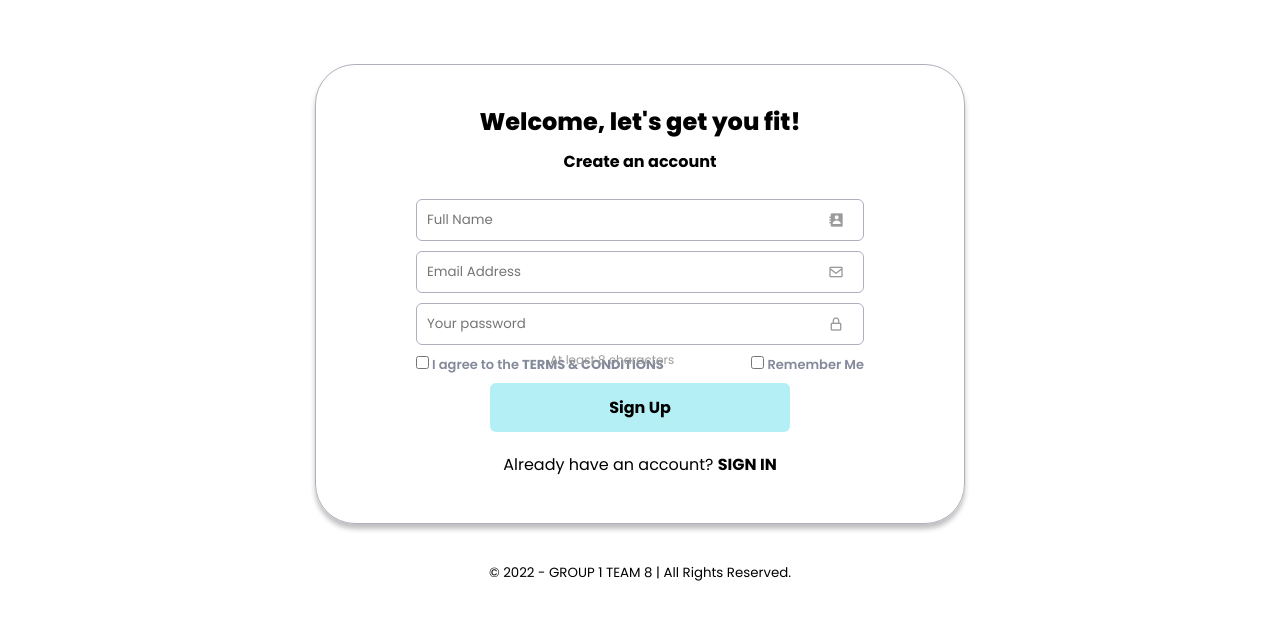
Repository: Rellzcodez/Group1-Team8
Page: pages/signup.html
These files come from the project's save history. The page is drawn as it stood at one moment and after the next save; the edit follows.
The browser window is 1280 px wide. The pictures show the whole page.

Above is the page before, as saved 2022-09-12 14:10:00.

### pages/signup.html
<!DOCTYPE html>
<html lang="en">
    <head>
        <meta charset="UTF-8">
        <meta http-equiv="X-UA-Compatible" content="IE=edge">
        <meta name="viewport" content="width=device-width, initial-scale=1.0">
        <link href='https://unpkg.com/boxicons@2.1.2/css/boxicons.min.css' rel='stylesheet'>
        <link rel="stylesheet" href="/css/signup.css">
        <link rel="preconnect" href="https://fonts.googleapis.com">
        <link rel="preconnect" href="https://fonts.gstatic.com" crossorigin>
        <link href="https://fonts.googleapis.com/css2?family=Poppins:wght@100&display=swap" rel="stylesheet">
        <link rel="shortcut icon" href="/images/favicon-32x32.png" type="image/x-icon">
        <title>SIGN UP</title>
    </head>
    <body>

        <div class="form-container">
            <div class="form-container-desc">
                <h1>Welcome, let's get you fit!</h1>
                <p><b>Create an account</b></p>
            </div>
            <form action="#" class="login active">
                <div class="input-group">
                    <input type="text" placeholder="Full Name" id="fullname" required>
                    <i class='bx bxs-contact'></i>
                </div>

                <div  class="input-group">
                    <input type="email" placeholder="Email Address" id="emailAddress" required>
                    <i class='bx bx-envelope'></i>
                </div>

                <div  class="input-group">
                    <input type="password" pattern=".{8,}" id="password" placeholder="Your password" required>
                    <i class='bx bx-lock-alt' ></i>
                </div>
                <span class="help-text">At least 8 characters</span>

                <div class="terms">
                    <label class="checkbox_label" for="terms">
                        <input type="checkbox" id="terms" name="terms">
                     I agree to the <b>TERMS & CONDITIONS</b>
                    </label>
                    <label class="checkbox_label" for="remember_me">
                        <input type="checkbox" id="remember_me" name="terms"> Remember Me</label>
                </div>

                <a href="#"><button type="submit" class="signup"><b>Sign Up</b></button></a>

            <p  class="cta">Already have an account? <a class="a" href="signin.html" onclick="switchForm('login', event)"><b>SIGN IN</b></a> </p>

            </form>
        </div>

        <footer>
            <small class="footer-small">&copy; 2022 - GROUP 1 TEAM 8 | All Rights Reserved.</small>
        </footer>
    </body>

</html>

### css/signup.css
@import url("https://fonts.googleapis.com/css2?family=Poppins:wght@400;600;700;800&display=swap");

*{
    padding: 0;
    margin: 0;
    box-sizing: border-box;
}

body{
    place-items: center;
    align-items: center;
    font-family: 'Poppins', sans-serif;
}
button, input, a{
    font-family: 'Poppins', sans-serif;
}
h1 {
    font-weight: 800;
    padding-top: 2%;
}

p {
    font-weight: 700;
    margin: 10px auto 20px;
}

.form-container{
    background: rgba(255, 255, 255, 0.82);
    border: 1px solid #AEB1BD;
    box-shadow: 0px 5px 5px rgba(0, 0, 0, 0.25);
    border-radius: 40px;
    margin: 5% auto;
    width: 650px;
    height: 460px;
    padding: 30px 100px;
}

.form-container .form-container-desc,
form{
    text-align: center;
}
.form-container-desc h1{
    font-size: 24px;
}
form div{
    padding: 5px 0;
}

form label{
    color: #fff;
    display: block;
    padding-bottom: 3px;
    color: #858A9B;

}

form input:not([type='checkbox']) {
    border: 1px solid #D9D9D9;
    outline: none;
    padding: 10px 10px;
    width: 100%;
    border-radius: 2px;
    color: #858A9B;
}

.input-group {
    width: 100%;
    position: relative;
}
.input-group input {
    padding: 12px 40px 12px 20px;
    outline: none;
    border-radius: 6px;
    border: 1px solid #B7B7B7;
    width: 100%;
    transition: all .3s ease;
}

/* Validation */
  .input-group input:focus,
.input-group input:not(:placeholder-shown) {
    border-color: #277FFE;
    background: #F4F2FF;
}
.input-group input:focus + i,
.input-group input:not(:placeholder-shown) + i {
    color: #277FFE;
}
.input-group input:focus:valid {
    box-shadow: 0 0 0 4px #AECFFF;
}

.input-group input:valid:not(:placeholder-shown) {
    border-color:#23AE00;
}
.input-group input:valid:not(:placeholder-shown) + i {
    color:#23AE00;
}
.input-group input:invalid:not(:placeholder-shown) {
    border-color:#FE2727;
}
.input-group input:invalid:not(:placeholder-shown) + i {
    color:#FE2727;
}
.input-group input:focus:invalid {
    box-shadow: 0 0 0 4px #FFD2D2;
}
.input-group input:focus,
.input-group input:focus:placeholder-shown {
    box-shadow: 0 0 0 4px #AECFFF;
}


/* Validation */


  .input-group i {
    position: absolute;
    top: 50%;
    transform: translateY(-50%);
    right: 20px;
    color: #9B9B9B;
    pointer-events: none;
}
span{
    position: absolute;
    top: 50%;
    transform: translateY(-50%);
    left: 550px;
    color: #9B9B9B;
    pointer-events: none;

}
 span.help-text {
    font-size: 12px;
    color: #9B9B9B;

}
input{
    margin: 0 auto;
}
#fullname, #emailAddress, #password {
    outline: none;
    border-radius: 6px;
    border: 1px solid #AEB1BD;
    width: 100%;
    transition: all .3s ease;
}

.checkbox_label{
    display: inline;
}

.terms{
    display: flex;
    justify-content: space-between;
    font-weight: 600;
    font-size: 13px;
    padding-top: 5px;
    padding-bottom: 5px;
}



form input:focus{
    outline: 1px solid cyan;
}
.signup {
    padding: 12px 0;
    width: 300px;
    text-align: center;
    color: #000;
    border-radius: 6px;
    cursor: pointer;
    transition: all .3s ease;
    border: none;
    font-size: 16px;
    font-weight: 500;
    background: #B4EFF5;
    margin-bottom: 20px;
    }
    .signup:hover{
        color: #fff;
        background: #343C59;
    }

.a{text-decoration: none;
    color: black;}

.cta{
    font-weight: inherit;
    margin: 0 auto;
}

        .signup:active {
            background-color: #858A9B;
        }

        .signup:disabled {
            background-color: #CED0D7;
        }

        .sign:hover {
            color: rgb(255, 255, 255);
        }

        .sign:active {
            color: rgb(255, 255, 255);
        }

        .cta a:hover {
            color: #858A9B;
        }

        .a:hover {
            color: #858A9B;
        }

        .a:active {
            color: #858A9B;
        }

.footer-small{
    display: flex;
    justify-content: center;
    font-family: 'Poppins', sans-serif;
    margin-top: -25px;
}

After the next save:
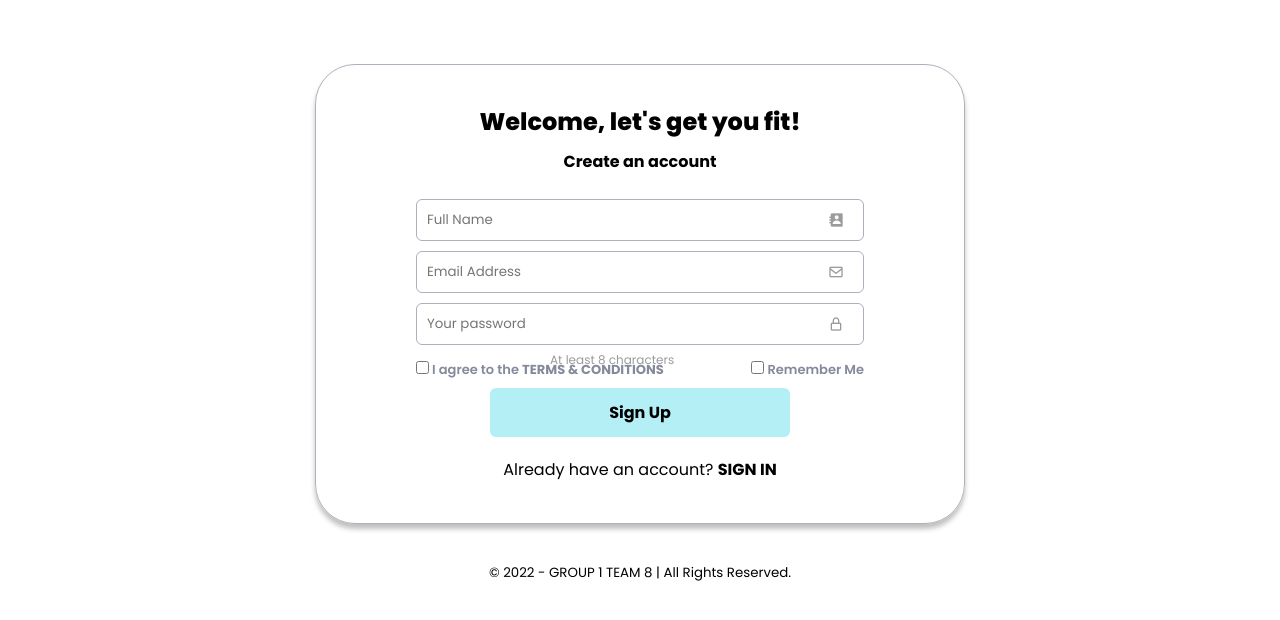
Saved 11 s later.
--- a/css/signup.css
+++ b/css/signup.css
@@ -156,7 +156,7 @@ input{
     justify-content: space-between;
     font-weight: 600;
     font-size: 13px;
-    padding-top: 5px;
+    padding-top: 10px;
     padding-bottom: 5px;
 }
 
